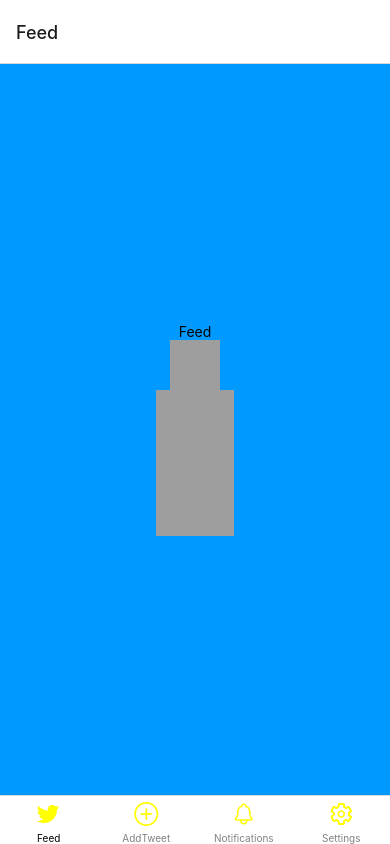
Repository: Deyvid-Kasteh/ReactNativeNavigationTraining
Screen: /
The author's editor kept a copy of each file at every save. The screen is drawn from the files as they stood at one save, then again after a run of saves.
Pictures or frames that could not be fetched are drawn as grey boxes. The app was drawn by React Native's web renderer in a window 390 px wide. The project was rebuilt for these pictures with package versions that can differ from the ones it lists, and the page was loaded fresh each time. Also part of the build but not shown: screens/BottomTab/Notifications.js, screens/BottomTab/AddTweet.js, screens/BottomTab/Settings.js.

Above is the screen before, as saved 2023-08-03 16:53:56.

### App.js
import "react-native-gesture-handler";
import { StatusBar } from "expo-status-bar";
import { StyleSheet, Text, View } from "react-native";
import NavigationMain from "./NavigationMain";

export default function App() {
  return (

      <NavigationMain />

  );
}

const styles = StyleSheet.create({
  container: {
    flex: 1,
    backgroundColor: "#fff",
    alignItems: "center",
    justifyContent: "center",
  },
});

### NavigationMain.js
import { NavigationContainer } from "@react-navigation/native";
import Feed from "./screens/BottomTab/Feed";
import { StyleSheet, Text, View } from "react-native";
import { createBottomTabNavigator } from "@react-navigation/bottom-tabs";
import Notifications from "./screens/BottomTab/Notifications";
import AddTweet from "./screens/BottomTab/AddTweet";
import Settings from "./screens/BottomTab/Settings";
import { Ionicons } from "@expo/vector-icons";
import { Feather } from "@expo/vector-icons";
import { AntDesign } from "@expo/vector-icons";
import { createNativeStackNavigator } from "@react-navigation/native-stack";








// Bottom Tab
const Bottom_Tab = createBottomTabNavigator();
function Bottom_Tab_Group() {
  return (
    <Bottom_Tab.Navigator
      screenOptions={() => ({
        tabBarActiveTintColor: "black",
        tabBarInactiveTintColor: "gray",
        tabBarShowLabel: true,
        tabBarIconStyle: { color: "yellow" },
      })}
    >
      <Bottom_Tab.Screen
        name="Feed"
        component={Feed}
        options={{
          tabBarIcon: ({ focused }) => {
            if (focused) {
              return <Ionicons name="logo-twitter" size={24} />;
            }
            return <Feather name="twitter" size={24} />;
          },
        }}
      />

      <Bottom_Tab.Screen
        name="AddTweet"
        component={AddTweet}
        options={{
          tabBarIcon: ({ focused }) => {
            if (focused) {
              return <AntDesign name="pluscircle" size={24} />;
            }
            return <AntDesign name="pluscircleo" size={24} />;
          },
        }}
      />
      <Bottom_Tab.Screen
        name="Notifications"
        component={Notifications}
        options={{
          tabBarIcon: ({ focused }) => {
            if (focused) {
              return <Ionicons name="notifications-sharp" size={24} />;
            }
            return <Ionicons name="notifications-outline" size={24} />;
          },
        }}
      />
      <Bottom_Tab.Screen
        name="Settings"
        component={Settings}
        options={{
          tabBarIcon: ({ focused }) => {
            if (focused) {
              return <Ionicons name="settings-sharp" size={24} />;
            }
            return <Ionicons name="settings-outline" size={24} />;
          },
        }}
      />
    </Bottom_Tab.Navigator>
  );
}


// Native-Stack
const Stack_Tab = createNativeStackNavigator();

function Stack_Tab_Group() {
  return (
    <Stack_Tab.Navigator>
      {/* <Stack_Tab.Screen name="Home" component={Home} /> */}
      {/* <Stack_Tab.Screen name="Notifications" component={Notifications} /> */}
      {/* <Stack_Tab.Screen name="Profile" component={Profile} /> */}
      {/* <Stack_Tab.Screen name="Settings" component={Settings} /> */}
    </Stack_Tab.Navigator>
  );
}

export default function NavigationMain() {
  return (
    <NavigationContainer>
      <Bottom_Tab_Group />
    </NavigationContainer>
  );
}

### screens/BottomTab/Feed.js
import { useNavigation } from "@react-navigation/native";
import { useLayoutEffect } from "react";
import { SafeAreaView, StyleSheet, Text, View, Pressable, Image } from "react-native";

export default function Feed() {
  const navigation = useNavigation();

  useLayoutEffect(() => {
    navigation.setOptions({
      headerLeft: () => (
        <Pressable>
          <Image
            source={{
              uri: "https://avatars.githubusercontent.com/u/99744584?s=96&v=4",
            }}
          />
        </Pressable>
      ),
    });
  }, []);




    return (
      <View style={styles.container}>
        <Text>Feed</Text>
        <Image
          style={{ width: 50, height: 50 }}
          source={{
            uri: "https://avatars.githubusercontent.com/u/99744584?s=96&v=4",
          }}
        />
        <Image
          style={{ width: "20%", height: "20%" }}
          source={{
            uri: "https://avatars.githubusercontent.com/u/99744584?s=96&v=4",
          }}
        />
      </View>
    );
}

const styles = StyleSheet.create({
  container: {
    flex: 1,
    backgroundColor: "#0099ff",
    justifyContent: "center",
    alignItems: "center",
  },
  // style={{width: '100%', height: '50%'}}
});

After the next 3 saves:
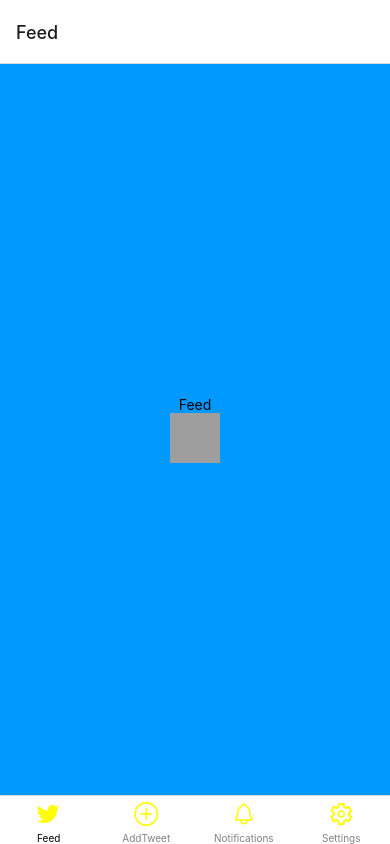
The 3 saves are shown as one change because they came seconds apart.
The last was saved 58 s later.
--- a/screens/BottomTab/Feed.js
+++ b/screens/BottomTab/Feed.js
@@ -32,7 +32,7 @@ export default function Feed() {
           }}
         />
         <Image
-          style={{ width: "20%", height: "20%" }}
+          style={styles.I}
           source={{
             uri: "https://avatars.githubusercontent.com/u/99744584?s=96&v=4",
           }}
